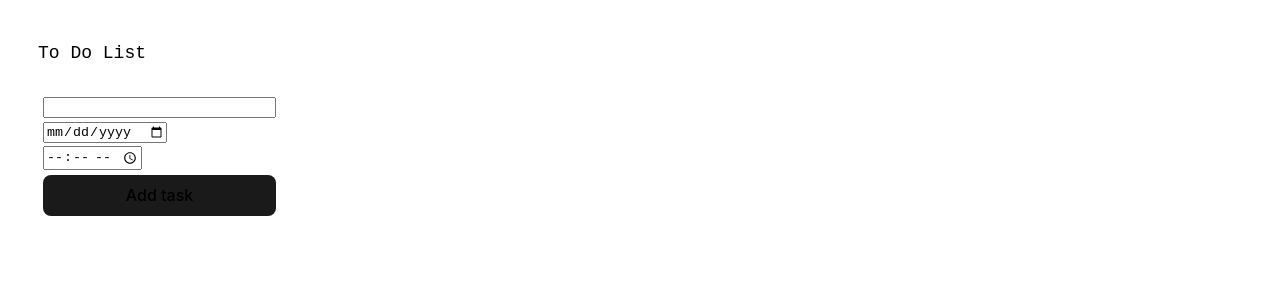
Repository: aknurkappar/nfactorial-web-advanced-todolist-homework
Page: / (app in front/toDoFront/)
An editor plug-in stored every save of this project. The page is shown before and after the next save, followed by the edit.
The browser window is 1280 px wide. The pictures show the whole page.
The page's requests for data from a server got no answer. The project was rebuilt for these pictures with package versions that can differ from the ones it lists, and the page was loaded fresh each time. No one was signed in, and anything a server would have sent is missing. Also part of the build but not shown: front/toDoFront/vite.config.ts.

Above is the page before, as saved 2023-05-09 15:00:18.

After the next save:
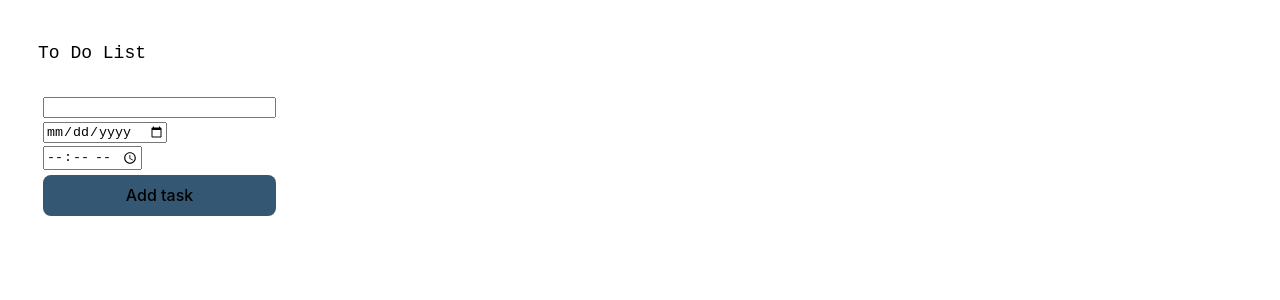
Saved 33 s later.
--- a/front/toDoFront/src/components/AddTaskComponent/index.css
+++ b/front/toDoFront/src/components/AddTaskComponent/index.css
@@ -7,5 +7,5 @@
 
 .add-task-form button{
     margin: 5px;
-    background:
+    background: #345773;
 }
